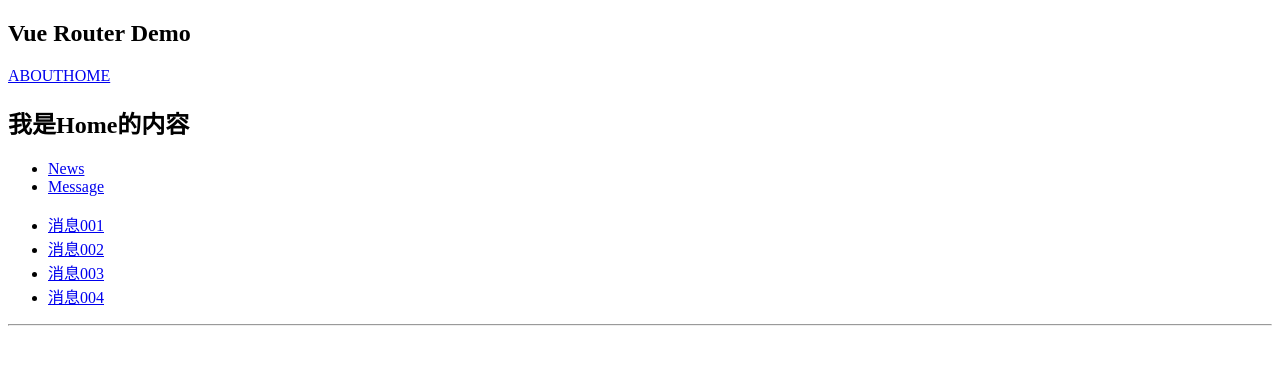
Repository: 13067902180/vue2.0study
Page: /#/home/message
The author's editor kept a copy of each file at every save. The page is drawn from the files as they stood at one save, then again after the next save.
The browser window is 1280 px wide. The pictures show the whole page.
The project was rebuilt for these pictures with package versions that can differ from the ones it lists, and the page was loaded fresh each time. Also part of the build but not shown: vue.config.js, src/pages/About.vue, src/pages/News.vue, src/pages/Detail.vue.

Above is the page before, as saved 2023-03-03 16:22:01.

After the next save:
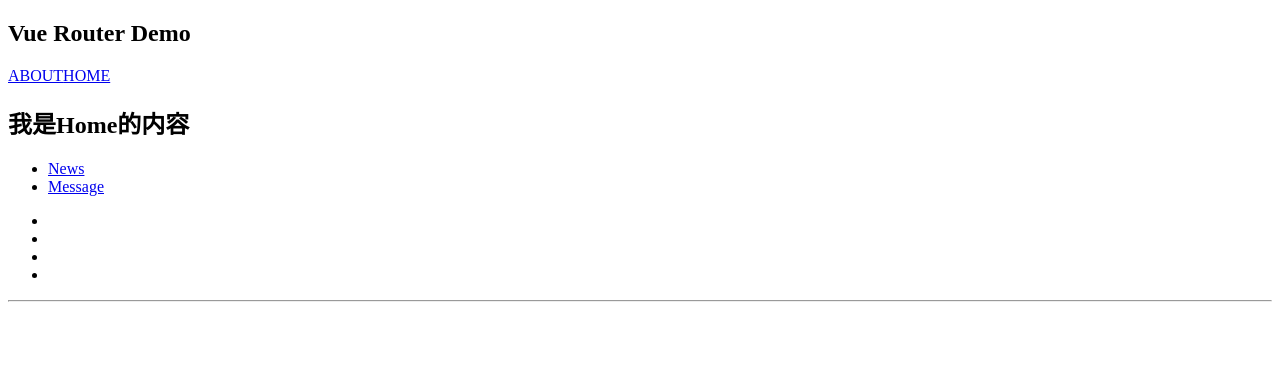
Saved 5 s later.
--- a/src/pages/Message.vue
+++ b/src/pages/Message.vue
@@ -3,9 +3,9 @@
     <ul>
       <li v-for="m in messageList" :key="m.id">
         <!-- 跳转路由携带query参数 to的字符串写法-->
-        <router-link :to="`/home/message/detail?id=${m.id}&title=${m.title}`">{{
+        <!-- <router-link :to="`/home/message/detail?id=${m.id}&title=${m.title}`">{{
           m.title
-        }}</router-link>
+        }}</router-link> -->
         <!-- 跳转路由携带query参数 to的对象写法-->
       </li>
     </ul>

After the save that followed:
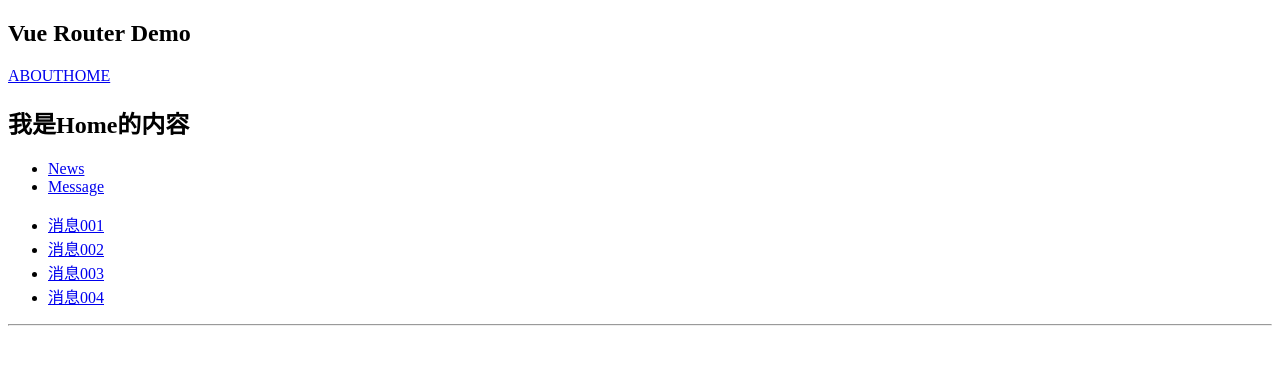
Saved 11 s later.
--- a/src/pages/Message.vue
+++ b/src/pages/Message.vue
@@ -7,6 +7,9 @@
           m.title
         }}</router-link> -->
         <!-- 跳转路由携带query参数 to的对象写法-->
+        <router-link :to="`/home/message/detail?id=${m.id}&title=${m.title}`">{{
+          m.title
+        }}</router-link>
       </li>
     </ul>
     <hr />
